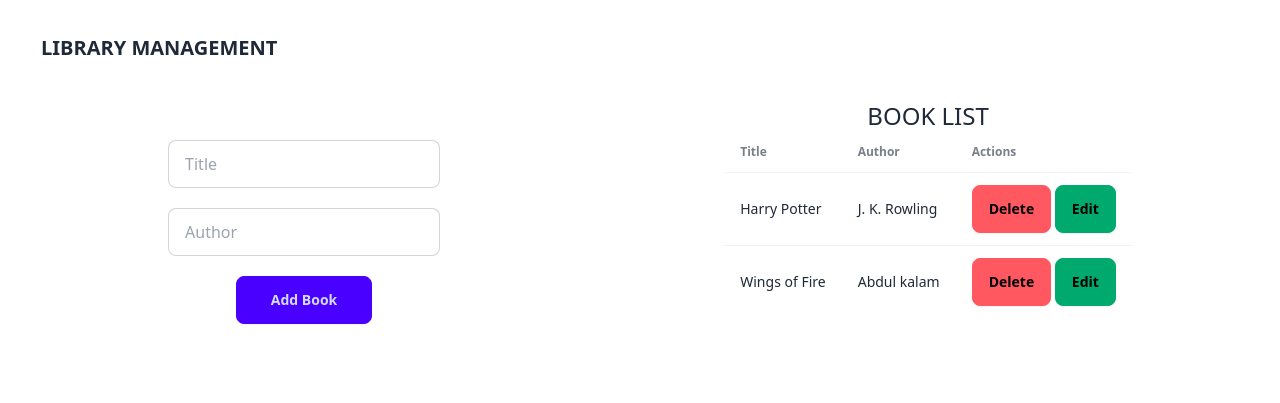
Repository: sibi24sibi/Crud-app-svelte
Page: /
An editor plug-in stored every save of this project. The page is shown before and after the next save, followed by the edit.
The browser window is 1280 px wide. The pictures show the whole page.
The project was rebuilt for these pictures with package versions that can differ from the ones it lists, and the page was loaded fresh each time. Also part of the build but not shown: svelte.config.js, vite.config.js.

Above is the page before, as saved 2024-07-01 16:45:11.

After the next save:
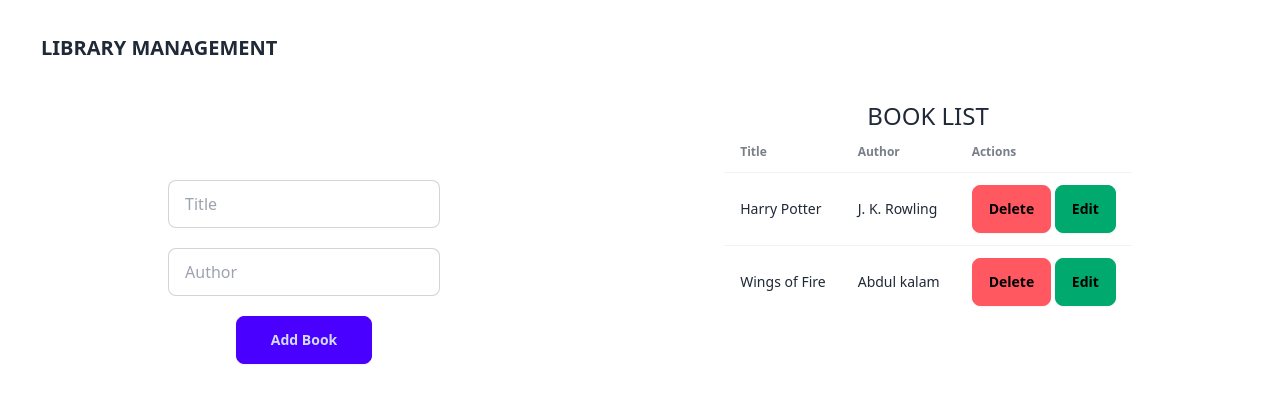
Saved 5 s later.
--- a/src/Components/AddBook.svelte
+++ b/src/Components/AddBook.svelte
@@ -14,7 +14,7 @@
 </script>
 
 <div
-  class="flex flex-col mx-auto my-10 gap-5 justify-center p-5 items-center h-fit w-1/4"
+  class="flex flex-col mx-auto my-20 gap-5 justify-center p-5 items-center h-fit w-1/4"
 >
   <input
     placeholder="Title"
